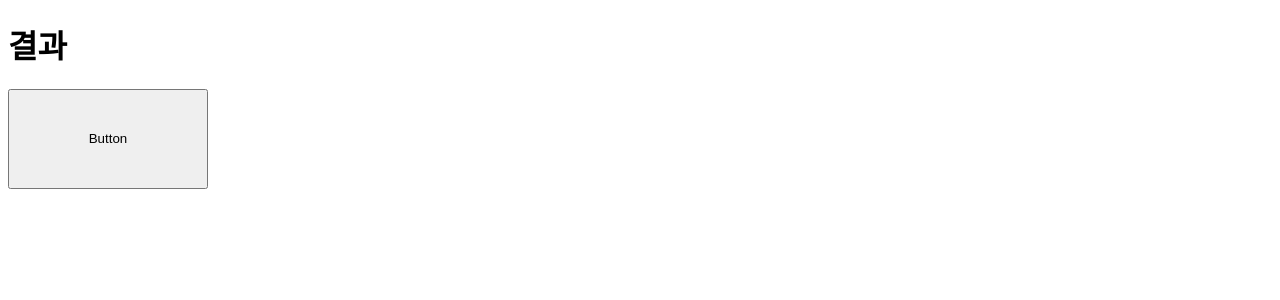
Repository: githubdohun/JSP
Page: http://localhost/JSPTest/ex09_ok.jsp
An editor plug-in stored every save of this project. The page is shown before and after the next save, followed by the edit.
The browser window is 1280 px wide. The pictures show the whole page.
The page is served by Tomcat 9.

Above is the page before, as saved 2023-10-18 01:19:15.

After the next save:
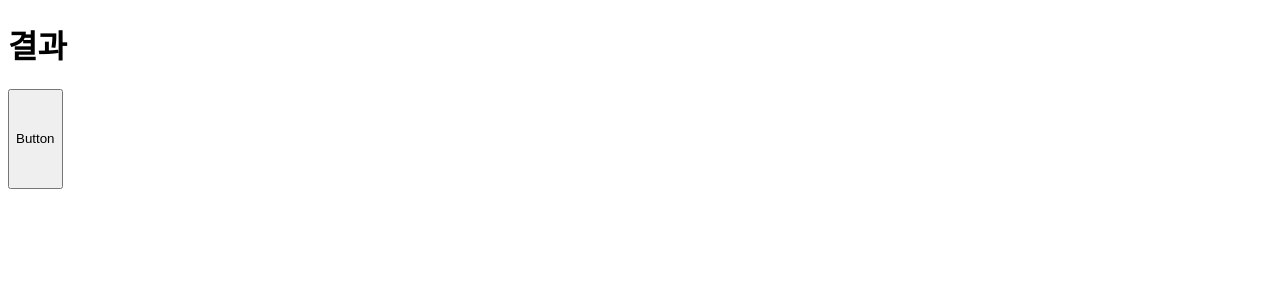
Saved 34 s later.
--- a/JSPTest/src/main/webapp/ex09_ok.jsp
+++ b/JSPTest/src/main/webapp/ex09_ok.jsp
@@ -18,7 +18,7 @@
 <style>
 
 	.btn {
-		width: 200px;
+		width: <%= width %>px;
 		height: 100px;
 	}
 
